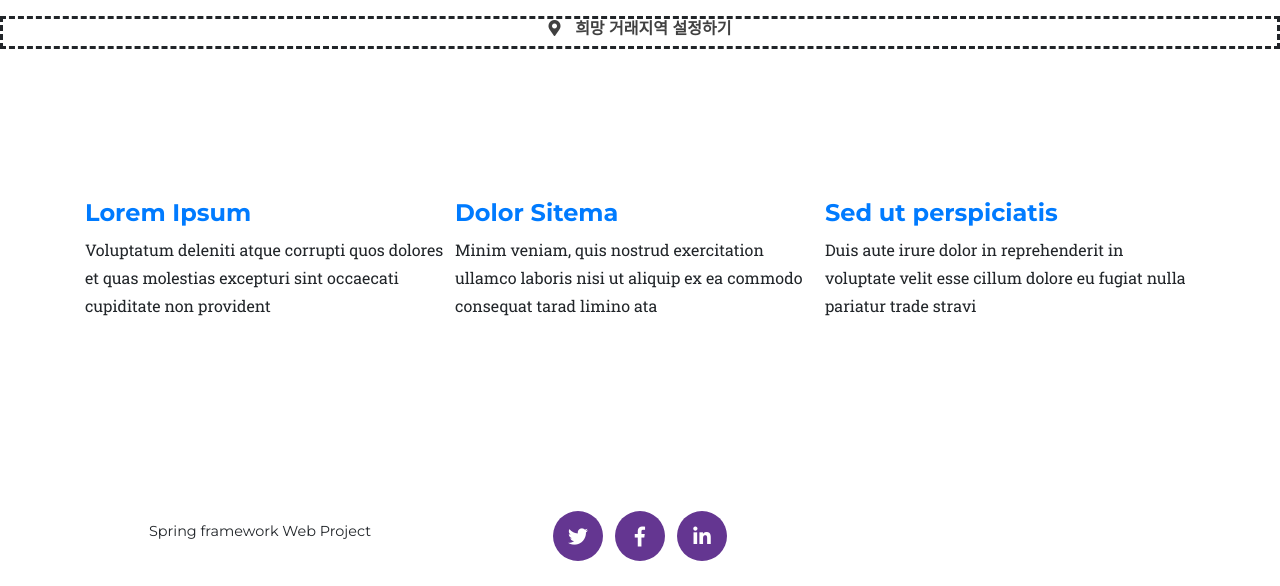
Repository: mim-mim-ji/Cleanmarket_web
Page: http://localhost/CleanMarket/WEB-INF/views/home.jsp
These files come from the project's save history. The page is drawn as it stood at one moment and after the next save; the edit follows.
The browser window is 1280 px wide. The pictures show the part of the page from y = 358 to 944 px (the page is 944 px tall).
Some web fonts or font styles are not loaded; a fallback is used. The page is served by Tomcat 9. Nobody is signed in. Other server files are loaded and not shown. The template is opened directly, without the code that normally fills it, so the values that code supplies are empty.

Above is the page before, as saved 2021-03-18 04:55:17.

### CleanMarket/src/main/webapp/WEB-INF/views/home.jsp
<%@ page language="java" contentType="text/html; charset=UTF-8"
    pageEncoding="UTF-8"%>

<jsp:include page="include/header.jsp" />
<jsp:include page="include/main.jsp" />
<jsp:include page="include/footer.jsp" />

### CleanMarket/src/main/webapp/WEB-INF/views/include/header.jsp
<%@ page language="java" contentType="text/html; charset=UTF-8"
	pageEncoding="UTF-8"%>
<%@ taglib prefix="c" uri="http://java.sun.com/jsp/jstl/core"%>
<!DOCTYPE html>
<html lang="ko">
<head>

<meta charset="UTF-8">
<meta content="width=device-width, initial-scale=1.0" name="viewport">
<meta content="" name="description">
<meta content="" name="keywords">

<title>CleanMarket</title>


<!-- Bootstrap core CSS -->
  <link rel="stylesheet" href="<c:url value='/vendor/bootstrap/css/bootstrap.min.css'/>">

  <!-- Custom fonts for this template -->
  <link rel="stylesheet" type="text/css" href="<c:url value='/vendor/fontawesome-free/css/all.min.css'/>" >
  <link href="https://fonts.googleapis.com/css?family=Montserrat:400,700" rel="stylesheet" type="text/css">
  <link href='https://fonts.googleapis.com/css?family=Kaushan+Script' rel='stylesheet' type='text/css'>
  <link href='https://fonts.googleapis.com/css?family=Droid+Serif:400,700,400italic,700italic' rel='stylesheet' type='text/css'>
  <link href='https://fonts.googleapis.com/css?family=Roboto+Slab:400,100,300,700' rel='stylesheet' type='text/css'>

  <!-- Custom styles for this template -->
  <link rel="stylesheet" href="<c:url value='/css/agency.min.css'/>" >

  <!-- Bootstrap core JavaScript -->
  <script src="<c:url value='/vendor/jquery/jquery.min.js'/>"></script>
  <script src="<c:url value='/vendor/bootstrap/js/bootstrap.bundle.min.js'/>"></script>


  <!-- Plugin JavaScript -->
  <script src="<c:url value='/vendor/jquery-easing/jquery.easing.min.js'/>"></script>
  <script type="text/javascript" src="https://cdn.jsdelivr.net/jquery.validation/1.16.0/jquery.validate.min.js"></script>

  <!-- Contact form JavaScript -->
  <script src="<c:url value='/js/jqBootstrapValidation.js'/>"></script>

</head>

<body id="page-top">


	<!-- Navigation -->
  <nav class="navbar navbar-expand-lg navbar-light fixed-top" id="mainNav">
    <div class="container">
      <a class="navbar-brand" href="/cleanmarket">
      	Clean Market
      </a>
      <button class="navbar-toggler navbar-toggler-right" type="button" data-toggle="collapse" data-target="#navbarResponsive">
        메뉴
        <i class="fas fa-bars"></i>
      </button>

      <div class="collapse navbar-collapse" id="navbarResponsive">
        <ul class="navbar-nav text-uppercase ml-auto">
          <li class="nav-item">
            <a class="nav-link js-scroll-trigger" href="/cleanmarket">HOME</a>
          </li>

          <li class="nav-item dropdown">
            <a class="nav-link js-scroll-trigger dropdown-toggle" data-toggle="dropdown">카테고리</a>
            <div class="dropdown-menu music-menu">

              <div class="dropdown dropright">
		        <a class="dropdown-item dropdown-toggle music-tap" data-toggle="dropdown">여성의류</a>
		      </div>

		      <div class="dropdown dropright">
		        <a class="dropdown-item dropdown-toggle music-tap" data-toggle="dropdown">남성의류</a>

		      </div>

		      <div class="dropdown dropright">
		        <a class="dropdown-item dropdown-toggle music-tap" data-toggle="dropdown">신발</a>
		      </div>

		      <div class="dropdown dropright">
		        <a class="dropdown-item dropdown-toggle music-tap" data-toggle="dropdown">모자/인형/가방</a>
		      </div>
		    </div>
          </li>
          <c:if test="${login == null}" >
          	<li class="nav-item">
            	<a class="nav-link js-scroll-trigger" href="<c:url value='/login' />">LOGIN</a>
         	</li>
         </c:if>
          <c:if test="${login == null}" >
          	<li class="nav-item">
            	<a class="nav-link js-scroll-trigger" href="<c:url value='/join_type_select' />">JOIN</a>
          	</li>
          </c:if>
          <c:if test="${login != null}" >
	          <li class="nav-item">
	            <a class="nav-link js-scroll-trigger" href="#">MYPAGE</a>
	          </li>
	          <li class="nav-item">
	            <a class="nav-link js-scroll-trigger" href="/cleanmarket/logout" onclick="return confirm('로그아웃 하시겠습니까?')">LOGOUT</a>
	          </li>
	          <li class="nav-item">
	            <a class="nav-link js-scroll-trigger" href="#">NOTICE</a>
	          </li>
	          <li class="nav-item">
          </c:if>
          <li class="nav-item">
            <a class="nav-link js-scroll-trigger" href="#"><i class="fas fa-search"></i></a>
          </li>

        </ul>
      </div>
    </div>
  </nav><br><br>

### CleanMarket/src/main/webapp/WEB-INF/views/include/main.jsp
<%@ page language="java" contentType="text/html; charset=UTF-8"
	pageEncoding="UTF-8"%>
<%@ taglib prefix="c" uri="http://java.sun.com/jsp/jstl/core"%>

<div>
	<div align="right" style="background-color: orange; margin-top: 20px; height: 30px; opacity: 0.8;">
			<a href="#" style="border-radius: 0px; color: #404040; margin-top: 20px;"><i class="fas fa-pen">&nbsp; 판매하기</i></a>&nbsp;
			<a href="#" style="border-radius: 0px; color: #404040; margin-top: 20px;"><i class="fas fa-map-marker-alt">&nbsp;희망거래지역</i> </a>
			&nbsp;&nbsp;&nbsp;&nbsp;&nbsp;&nbsp;&nbsp;&nbsp;
	</div>
</div>

<div class="owl-item" style="width: 100%">
	<div class='item holder section '
		style='background-image: url(https://cdn.imweb.me/thumbnail/20210224/9bca30e69d209.jpg); background-color: #dddddd; background-repeat: no-repeat; background-size: cover; background-position: 50% 50%;'>
		<div class='op _op' style='position: relative; z-index: 11;'>
			<div class='header-content _visual_height m_ratio'>
				<div class='text _text_wrap'>
					<div class='text-wrap _text fr-view'>
						<h1 style="text-align: center;">
							<br>
						</h1>
						<h1 style="text-align: center;">
							<span style="font-size: 30px; color: white;">크린마켓에서는&nbsp;</span><span
								style="font-size: 30px; color: white;">비대면 중고거래 가능</span>
						</h1>
						<p style="text-align: center;">
							<br>
						</p>
						<h6 style="text-align: center;">
							<span style="font-size: 20px;color: white;">희망 거래 지역 설정하고 중고거래 하자!</span>
						</h6>
						<p>
							<br>
						</p>
						<p>
							<br>
						</p>

					</div>
				</div>
			</div>
		</div>
	</div>
</div>

<div align="center" style="border-style: dashed;">
	<h6>
		<a style="border-radius: 30px; color: #404040;">
			<span style="margin-right: 10px;">
				<i aria-hidden="true" class="fas fa-map-marker-alt"></i>
			</span>희망 거래지역 설정하기
		</a>
	</h6>
</div>



<main id="main"> <!-- ======= Featured Services Section ======= -->
<section id="featured-services" class="featured-services section-bg">
	<div class="container">

		<div class="row no-gutters">
			<div class="col-lg-4 col-md-6">
				<div class="icon-box">
					<div class="icon">
						<i class="icofont-computer"></i>
					</div>
					<h4 class="title">
						<a href="">Lorem Ipsum</a>
					</h4>
					<p class="description">Voluptatum deleniti atque corrupti quos
						dolores et quas molestias excepturi sint occaecati cupiditate non
						provident</p>
				</div>
			</div>
			<div class="col-lg-4 col-md-6">
				<div class="icon-box">
					<div class="icon">
						<i class="icofont-image"></i>
					</div>
					<h4 class="title">
						<a href="">Dolor Sitema</a>
					</h4>
					<p class="description">Minim veniam, quis nostrud exercitation
						ullamco laboris nisi ut aliquip ex ea commodo consequat tarad
						limino ata</p>
				</div>
			</div>
			<div class="col-lg-4 col-md-6">
				<div class="icon-box">
					<div class="icon">
						<i class="icofont-tasks-alt"></i>
					</div>
					<h4 class="title">
						<a href="">Sed ut perspiciatis</a>
					</h4>
					<p class="description">Duis aute irure dolor in reprehenderit
						in voluptate velit esse cillum dolore eu fugiat nulla pariatur
						trade stravi</p>
				</div>
			</div>
		</div>

	</div>
</section>
<!-- End Featured Services Section --> </main>
<!-- End #main -->

### CleanMarket/src/main/webapp/WEB-INF/views/include/footer.jsp
<%@ page language="java" contentType="text/html; charset=UTF-8"
	pageEncoding="UTF-8"%>
<!-- Footer -->
  <footer>
    <div class="container">
      <div class="row">
        <div class="col-md-4">
          <span class="copyright">Spring framework Web Project</span>
        </div>
        <div class="col-md-4">
          <ul class="list-inline social-buttons">
            <li class="list-inline-item">
              <a href="#" style="background-color: #643691;">
                <i class="fab fa-twitter"></i>
              </a>
            </li>
            <li class="list-inline-item">
              <a href="#" style="background-color: #643691;">
                <i class="fab fa-facebook-f"></i>
              </a>
            </li>
            <li class="list-inline-item">
              <a href="#" style="background-color: #643691;">
                <i class="fab fa-linkedin-in"></i>
              </a>
            </li>
          </ul>
        </div>
      </div>
    </div>
  </footer>

<a href="#" class="back-to-top"><i class="icofont-simple-up"></i></a>

</body>
</html>

Loaded but not shown: CleanMarket/src/main/webapp/resources/css/agency.min.css (library)

After the next save:
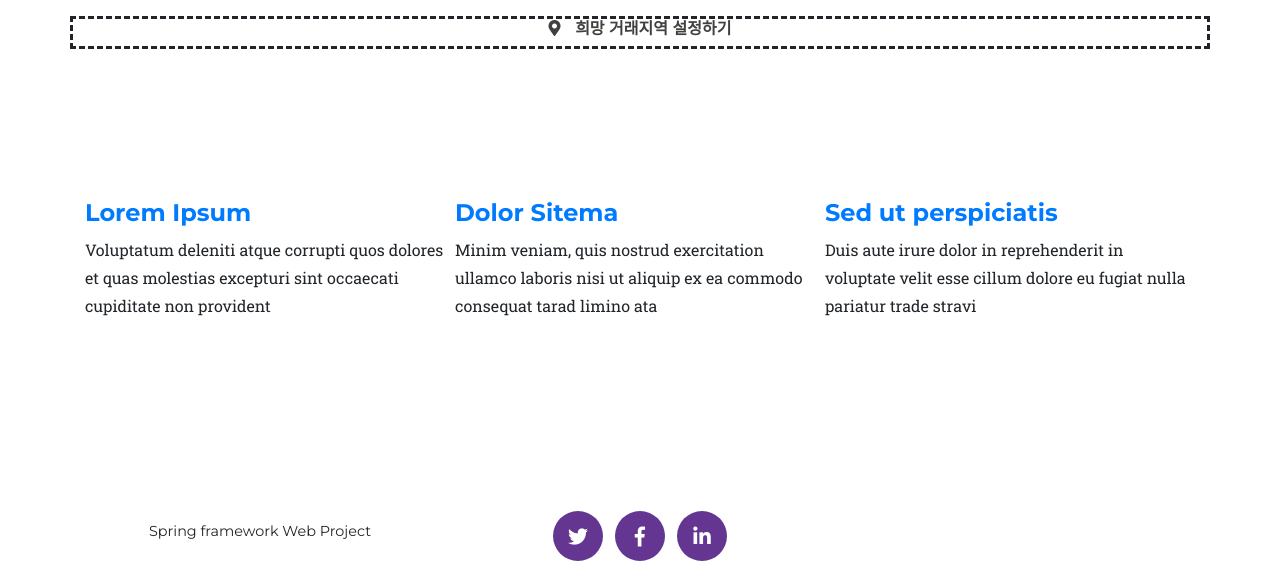
Saved 65 s later.
--- a/CleanMarket/src/main/webapp/WEB-INF/views/include/main.jsp
+++ b/CleanMarket/src/main/webapp/WEB-INF/views/include/main.jsp
@@ -44,7 +44,7 @@
 	</div>
 </div>
 
-<div align="center" style="border-style: dashed;">
+<div class="container" align="center" style="border-style: dashed;">
 	<h6>
 		<a style="border-radius: 30px; color: #404040;">
 			<span style="margin-right: 10px;">
